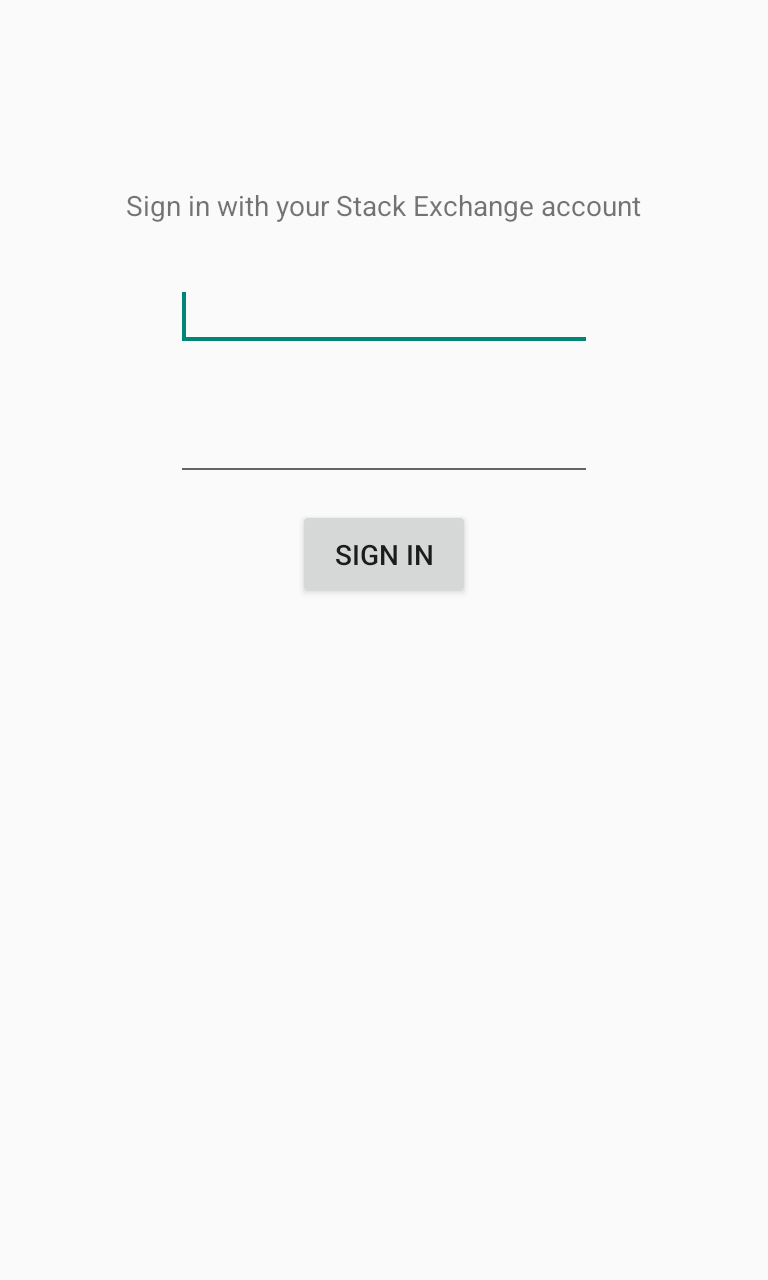
Repository: jayasi/Tag-Overflow
Layout: TagOverflow/res/layout/activity_auth.xml
An editor plug-in stored every save of this project. The layout is shown before and after the next save, followed by the edit.
It is drawn on a 768 x 1280 px phone screen (xhdpi) without system bars, with theme AppTheme; the app's code is not run.

Above is the layout before, as saved 2015-02-17 14:17:09.

### TagOverflow/res/layout/activity_auth.xml
<RelativeLayout xmlns:android="http://schemas.android.com/apk/res/android"
    xmlns:tools="http://schemas.android.com/tools"
    android:layout_width="match_parent"
    android:layout_height="match_parent"
    android:paddingBottom="@dimen/activity_vertical_margin"
    android:paddingLeft="@dimen/activity_horizontal_margin"
    android:paddingRight="@dimen/activity_horizontal_margin"
    android:paddingTop="@dimen/activity_vertical_margin"
    tools:context="com.example.tagoverflow.Home" >

    <Button
        android:id="@+id/button1"
        android:layout_width="wrap_content"
        android:layout_height="wrap_content"
        android:layout_below="@+id/textView1"
        android:layout_centerHorizontal="true"
        android:layout_marginTop="141dp"
        android:text="Sign In" />

    <TextView
        android:id="@+id/textView1"
        android:layout_width="wrap_content"
        android:layout_height="wrap_content"
        android:layout_alignParentTop="true"
        android:layout_centerHorizontal="true"
        android:layout_marginTop="77dp"
        android:text="Sign in with your Stack Exchange account" />

    <EditText
        android:id="@+id/editText1"
        android:layout_width="wrap_content"
        android:layout_height="wrap_content"
        android:layout_below="@+id/textView1"
        android:layout_centerHorizontal="true"
        android:layout_marginTop="24dp"
        android:ems="10"
        android:inputType="textEmailAddress" >
        <requestFocus />
    </EditText>

    <EditText
        android:id="@+id/editText2"
        android:layout_width="wrap_content"
        android:layout_height="wrap_content"
        android:layout_alignLeft="@+id/editText1"
        android:layout_below="@+id/editText1"
        android:layout_marginTop="24dp"
        android:ems="10"
        android:inputType="numberPassword" />

</RelativeLayout>

Loaded but not shown: TagOverflow/res/values/styles.xml (common file); TagOverflow/res/values-v11/styles.xml (common file); TagOverflow/res/values-v14/styles.xml (common file); TagOverflow/res/values/dimens.xml (common file); TagOverflow/res/values-w820dp/dimens.xml (common file)

After the next save:
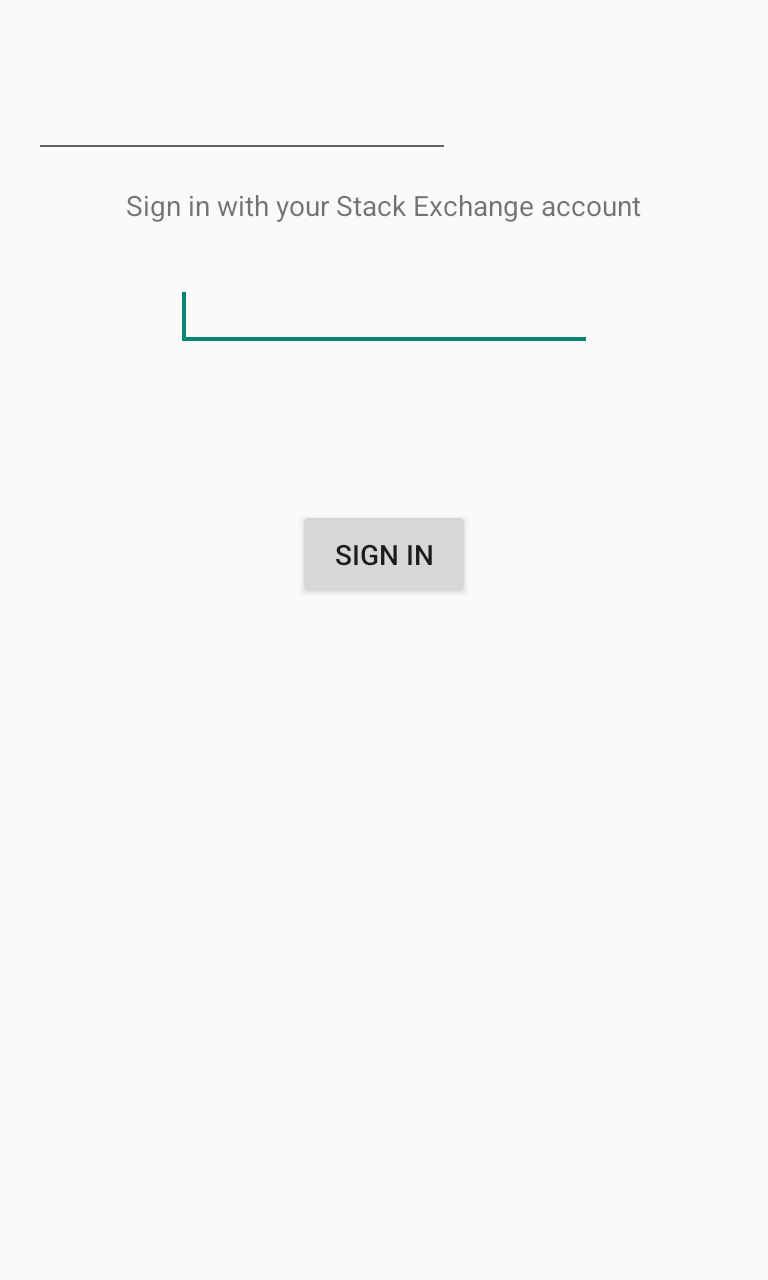
Saved 48 min 31 s later.
--- a/TagOverflow/res/layout/activity_auth.xml
+++ b/TagOverflow/res/layout/activity_auth.xml
@@ -27,7 +27,7 @@
         android:text="Sign in with your Stack Exchange account" />
 
     <EditText
-        android:id="@+id/editText1"
+        android:id="@+id/email"
         android:layout_width="wrap_content"
         android:layout_height="wrap_content"
         android:layout_below="@+id/textView1"

After the 3 saves that followed:
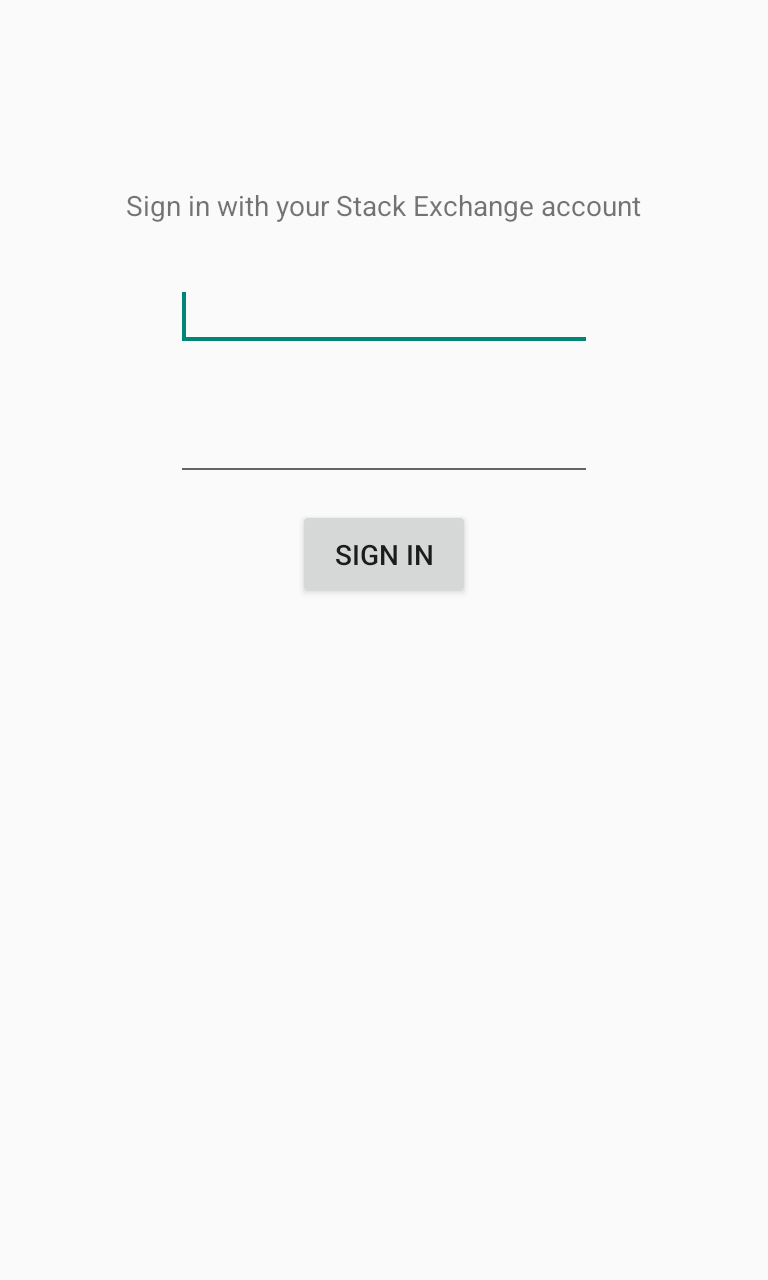
The 3 saves are shown as one change because 2 left the picture as it was.
The last was saved 70 s later.
--- a/TagOverflow/res/layout/activity_auth.xml
+++ b/TagOverflow/res/layout/activity_auth.xml
@@ -39,13 +39,14 @@
     </EditText>
 
     <EditText
-        android:id="@+id/editText2"
+        android:id="@+id/passsword"
         android:layout_width="wrap_content"
         android:layout_height="wrap_content"
-        android:layout_alignLeft="@+id/editText1"
-        android:layout_below="@+id/editText1"
+        android:layout_alignLeft="@+id/email"
+        android:layout_below="@+id/email"
         android:layout_marginTop="24dp"
         android:ems="10"
-        android:inputType="numberPassword" />
+        android:inputType="textPassword" />
+
 
 </RelativeLayout>
